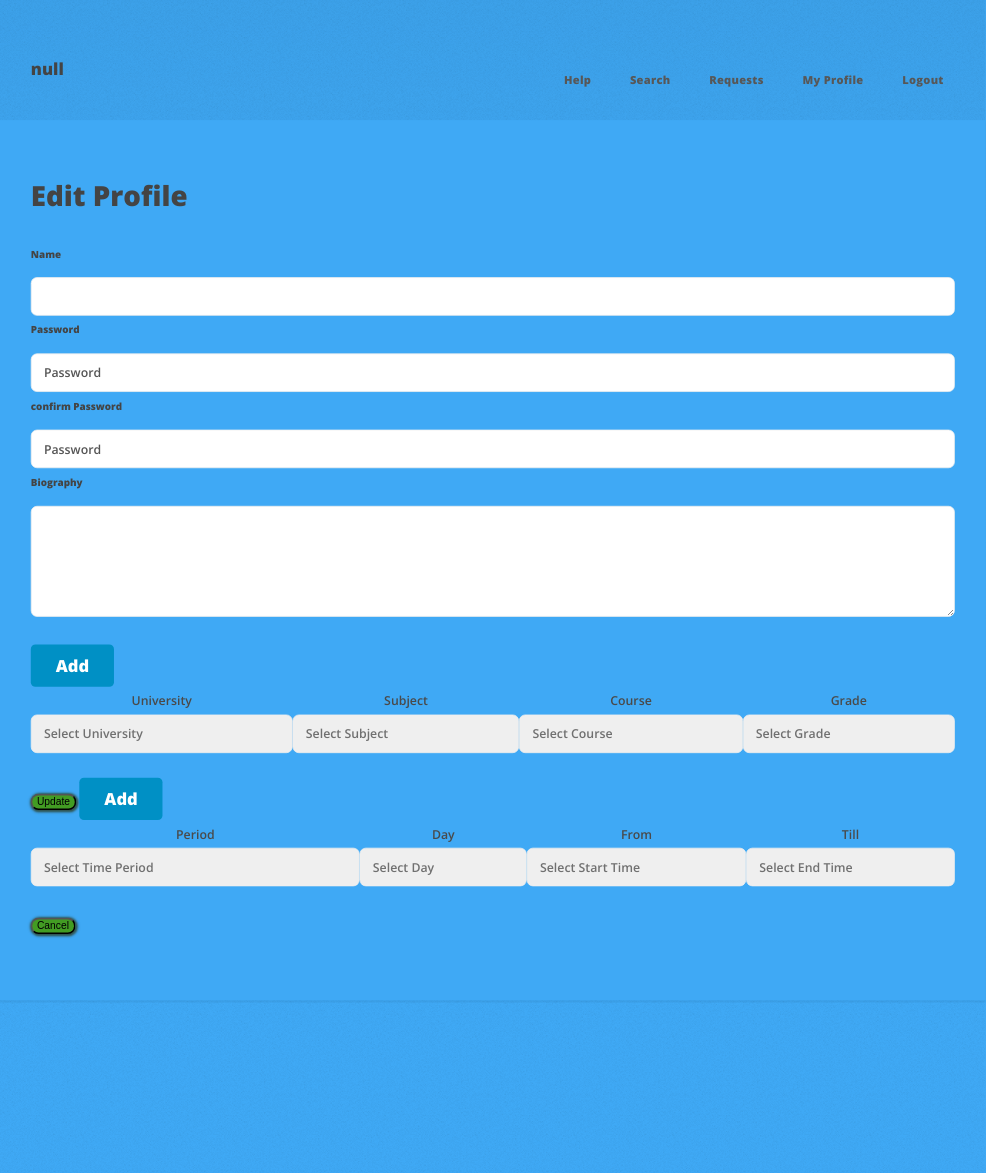
Repository: unibe-ese/ese2015-team7
Page: http://localhost/Skeleton/pages/editProfile.jsp
These files come from the project's save history. The page is drawn as it stood at one moment and after the next save; the edit follows.
The browser window is 1280 px wide. The pictures show the whole page, at 77% of full size.
Some web fonts or font styles are not loaded; a fallback is used. The page is served by Tomcat 9. Nobody is signed in. The application's start-up code is not run. The template is opened directly, without the code that normally fills it, so the values that code supplies are empty.

Above is the page before, as saved 2015-11-01 21:15:22.

After the next save:
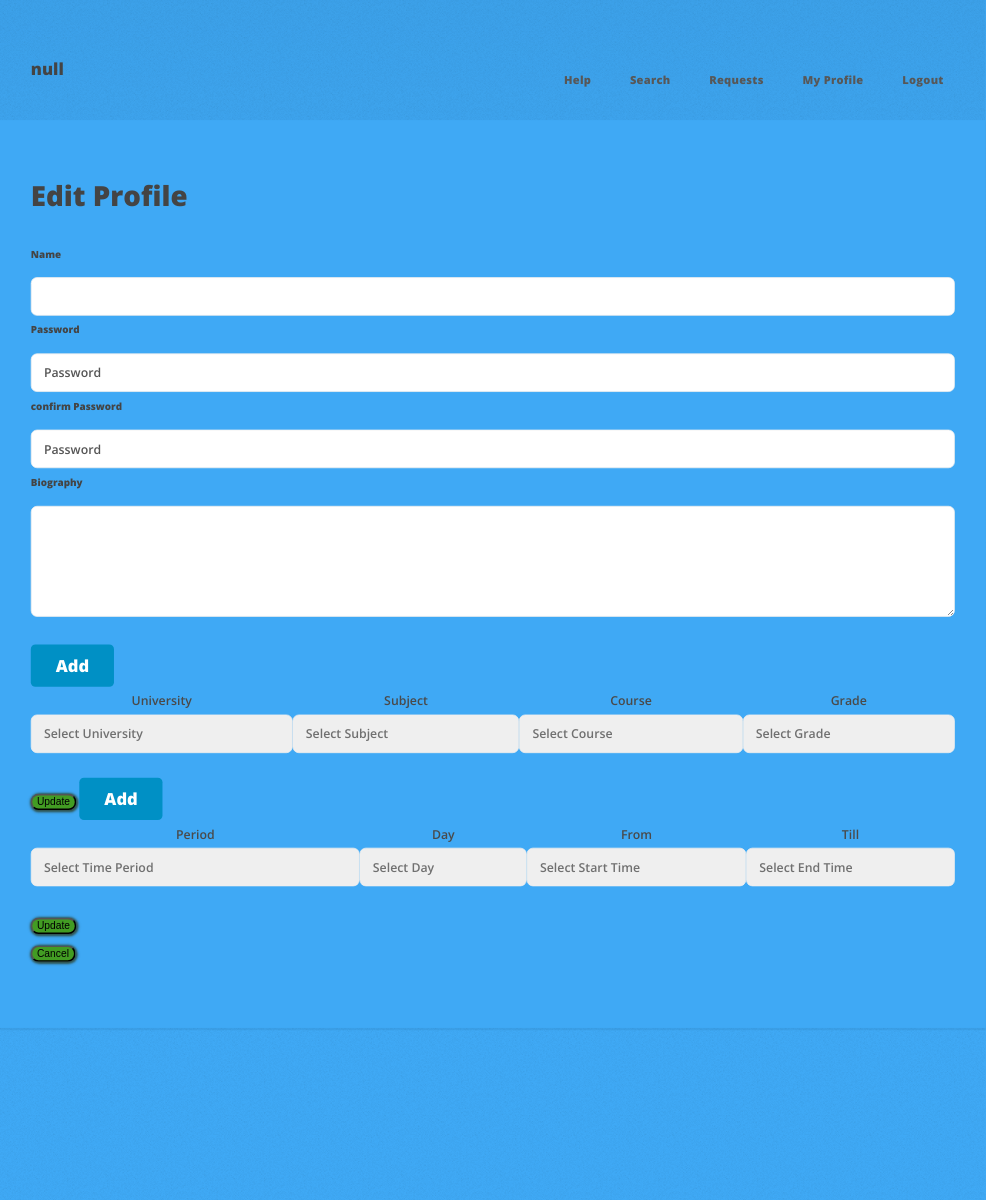
Saved 10 h 24 min later.
--- a/Prototype/Skeleton/src/main/webapp/pages/editProfile.jsp
+++ b/Prototype/Skeleton/src/main/webapp/pages/editProfile.jsp
@@ -295,6 +295,8 @@
                 </tbody>
 			</table>
 
+			<button type="submit" class="btn btn-primary">Update</button>
+
 	    </fieldset>
 	</form:form>
 
